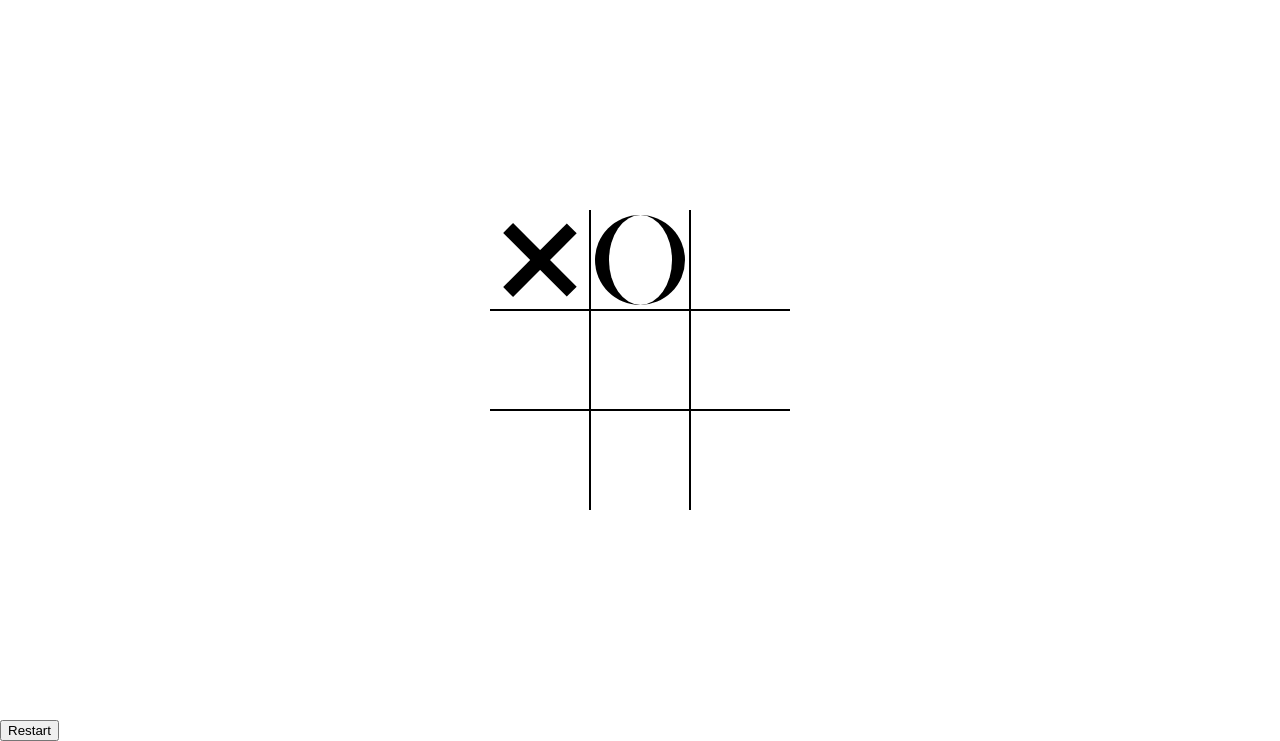
Repository: divya2/tic-toc-toe
Page: index.html
These files come from the project's save history. The page is drawn as it stood at one moment and after the next save; the edit follows.
The browser window is 1280 px wide. The pictures show the whole page.

Above is the page before, as saved 2020-10-29 21:33:52.
Not found: script.js

After the next save:
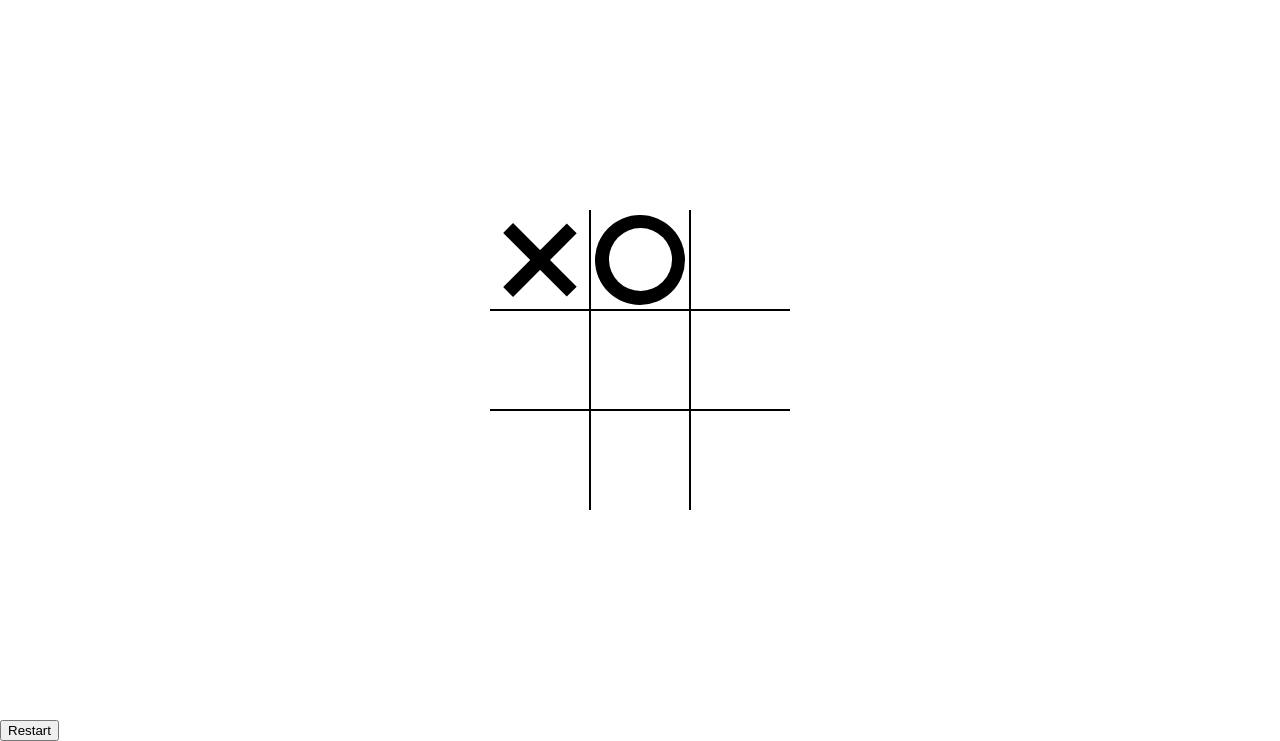
Saved 9 s later.
--- a/styles.css
+++ b/styles.css
@@ -82,6 +82,6 @@ body {
 
 .cell.circle::after{
     width: calc(var(--mark-size)* .7);
-    height: var(--mark-size);
+    height: calc(var(--mark-size)* .7);
     background-color: white;
 }
